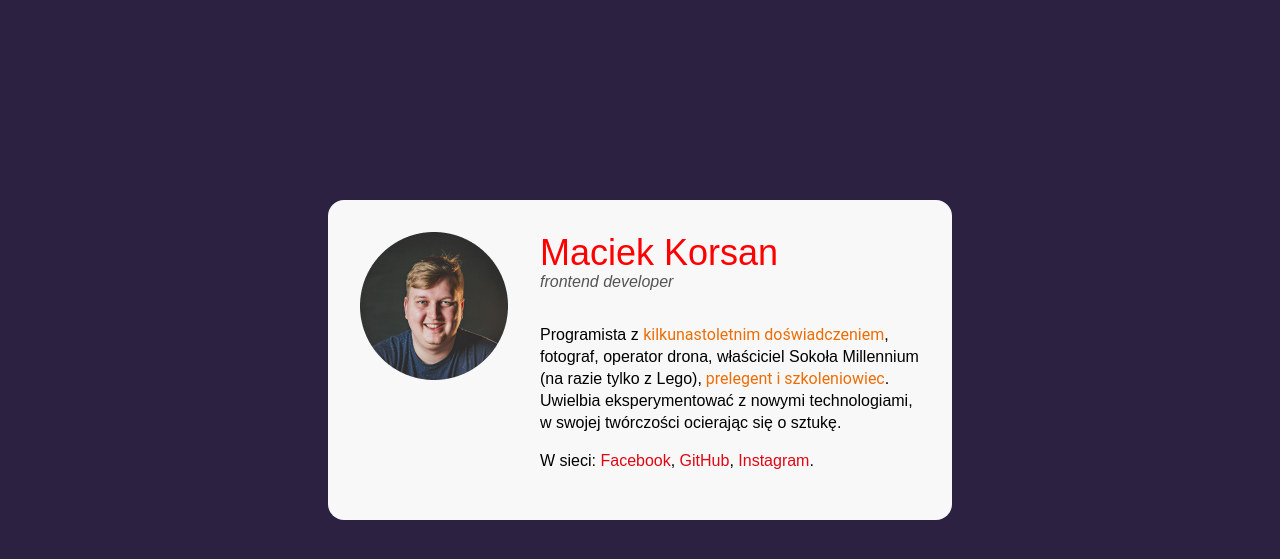
Repository: ArturNatwora/business-card
Page: index.html
An editor plug-in stored every save of this project. The page is shown before and after the next save, followed by the edit.
The browser window is 1280 px wide. The pictures show the whole page.

Above is the page before, as saved 2019-06-20 10:38:10.

### index.html
<!DOCTYPE html>
<html lang="pl">
<head>
    <meta charset="UTF-8">
    <meta name="viewport" content="width=device-width, initial-scale=1.0">
    <meta http-equiv="X-UA-Compatible" content="ie=edge">

    <link rel="stylesheet" href="css/normalize.css">
    <link rel="stylesheet" href="css/style.css">


    <title>Wizytówka</title>
</head>
<body>
    <main class="card">
        <img src="img/avatar.png" alt="fotografia Maćka" class="person__photo">
        <div class="cardBody">
            <header class="person__header">
                <h1 class="person__name">Maciek Korsan</h1>
                <span class="person__position">frontend developer</span>
            </header>
            <p class="person__description">Programista z <strong class="person__special">kilkunastoletnim doświadczeniem</strong>, fotograf, operator drona, właściciel Sokoła Millennium (na razie tylko z Lego),<strong class="person__special"> prelegent i szkoleniowiec</strong>. Uwielbia eksperymentować z nowymi technologiami, w swojej twórczości ocierając się o sztukę.
            </p>
            <p class="person__description a">W sieci:
                <a href="#" class="person__link">Facebook</a>,
                <a href="#" class="person__link">GitHub</a>,
                <a href="#" class="person__link">Instagram</a>.
            </p>

        </div>
    </main>


</body>
</html>

### css/style.css
html {
  box-sizing: border-box;
}

*,
*:after,
*:before {
  box-sizing: inherit;
}
body {
  background: #2c2141;
  display: flex;
  justify-content: center;
  align-items: center;
  height: 100vh;
  padding: 16px;
font-family: Arial;
}

.card {
  background: #f8f8f8;
  padding: 32px;
  width: 100%;
  max-width: 624px;
  border-radius: 16px;
  display: flex;
}
.person__description{

    font-style: normal;
    font-weight: normal;
    font-size: 16px;
    line-height: 22px;



    color: #000000;
}
.person__header{
    margin-bottom: 32px;
}
.person__link{
  color: #E20613;
  text-decoration: none;
}
.person__name {
    font-weight: normal;

  font-size: 36px;
  line-height: 41px;
  margin:0;
}
.person__photo {
  width: 148px;
  height: 148px;
  margin-right: 32px;
}
.person__position{
    font-size: 16px;
    font-style: italic;
    color: #545454;

}
.person__special{
  font-family: Roboto;
font-style: normal;
font-weight: normal;
font-size: 16px;
line-height: 22px;

color: #ED6D05;
}
div {

  margin: 0;
}
.cardBody:last-child{
    margin-bottom: 0;
    color:red;
}

Loaded but not shown: css/normalize.css (library)

After the next save:
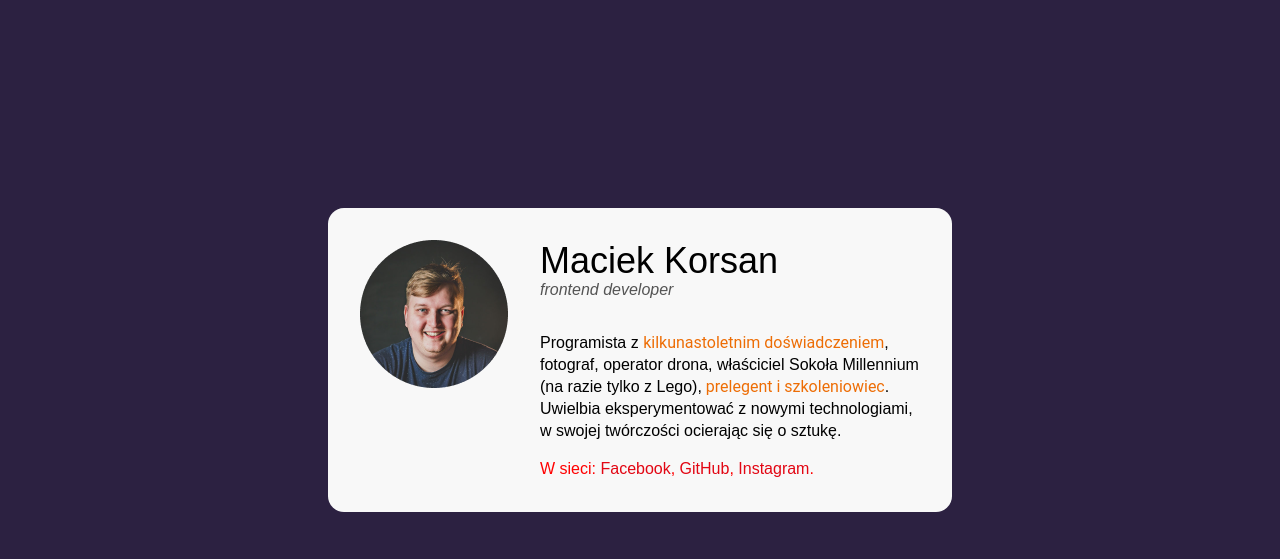
Saved 7 min 44 s later.
--- a/css/style.css
+++ b/css/style.css
@@ -74,7 +74,7 @@ div {
 
   margin: 0;
 }
-.cardBody:last-child{
+.a{
     margin-bottom: 0;
     color:red;
 }
